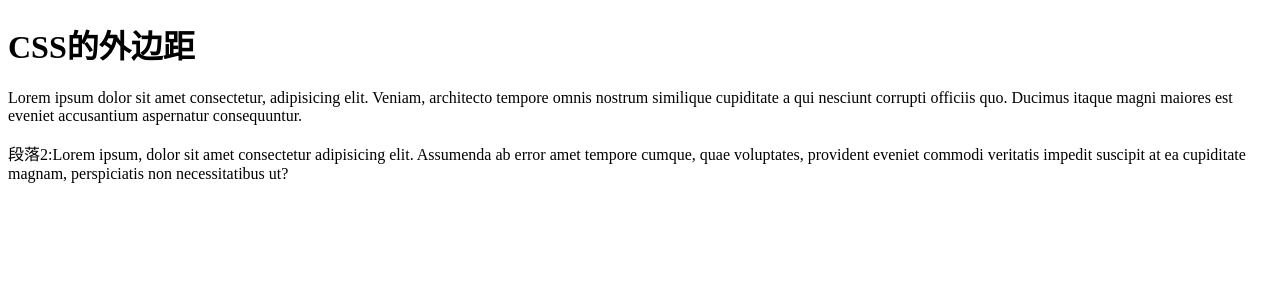
Repository: nanfengovo/CSS
Page: margin.html
These files come from the project's save history. The page is drawn as it stood at one moment and after the next save; the edit follows.
The browser window is 1280 px wide. The pictures show the whole page.

Above is the page before, as saved 2025-01-01 10:11:38.

After the next save:
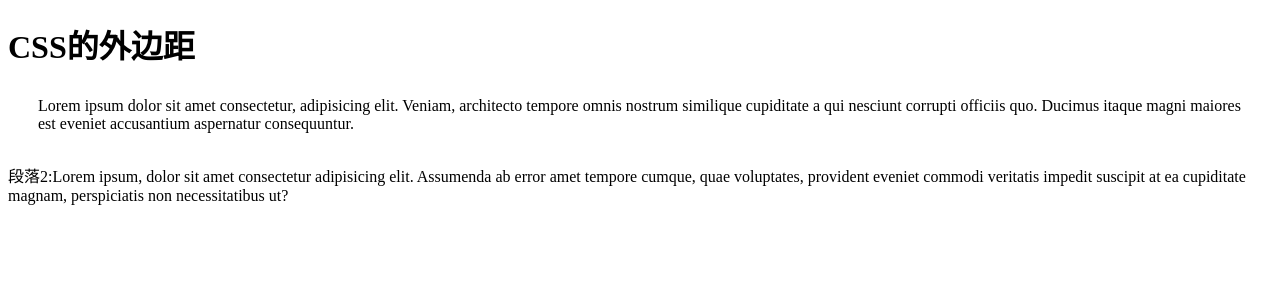
Saved 47 s later.
--- a/margin.html
+++ b/margin.html
@@ -5,7 +5,9 @@
     <meta name="viewport" content="width=device-width, initial-scale=1.0">
     <title>CSS的外边距</title>
     <style>
-
+        #div_1{
+            margin: 30px;
+        }
     </style>
 </head>
 <body>
